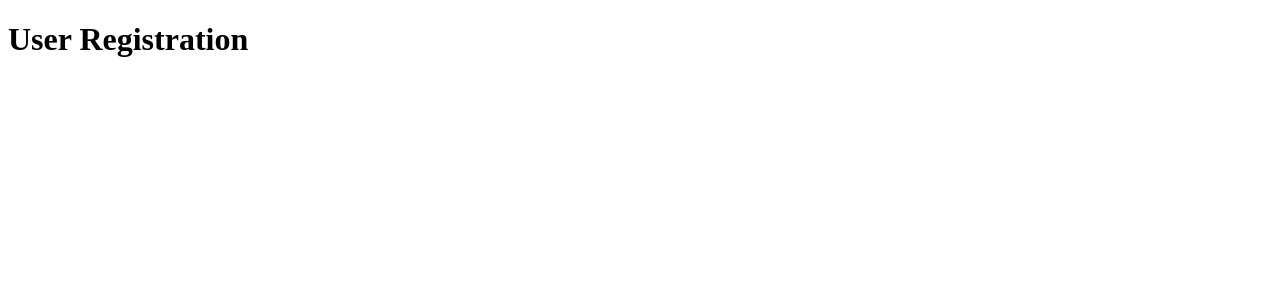
Repository: ViniciusBeletella/project-jsp
Page: http://localhost/project-jsp/userRegistration.jsp
An editor plug-in stored every save of this project. The page is shown before and after the next save, followed by the edit.
The browser window is 1280 px wide. The pictures show the whole page.
The page is served by Tomcat 9.

Above is the page before, as saved 2019-12-10 11:08:13.

After the next save:
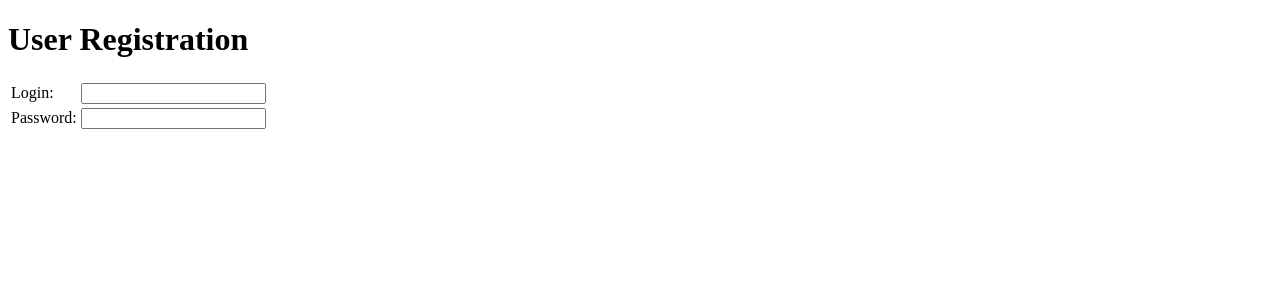
Saved 44 min 31 s later.
--- a/project-jsp/WebContent/userRegistration.jsp
+++ b/project-jsp/WebContent/userRegistration.jsp
@@ -10,5 +10,19 @@
 
 <h1>User Registration</h1>
 
+	<form action="">
+		<table>
+		<tr>
+		<td>Login:</td>
+		<td><input type="text" id="Login" name="Login"></td>
+		</tr>
+
+		<tr>
+		<td>Password:</td>
+		<td><input type="password" id="Password" name="Password"></td>
+		</tr>
+		</table>
+	</form>
+
 </body>
 </html>
